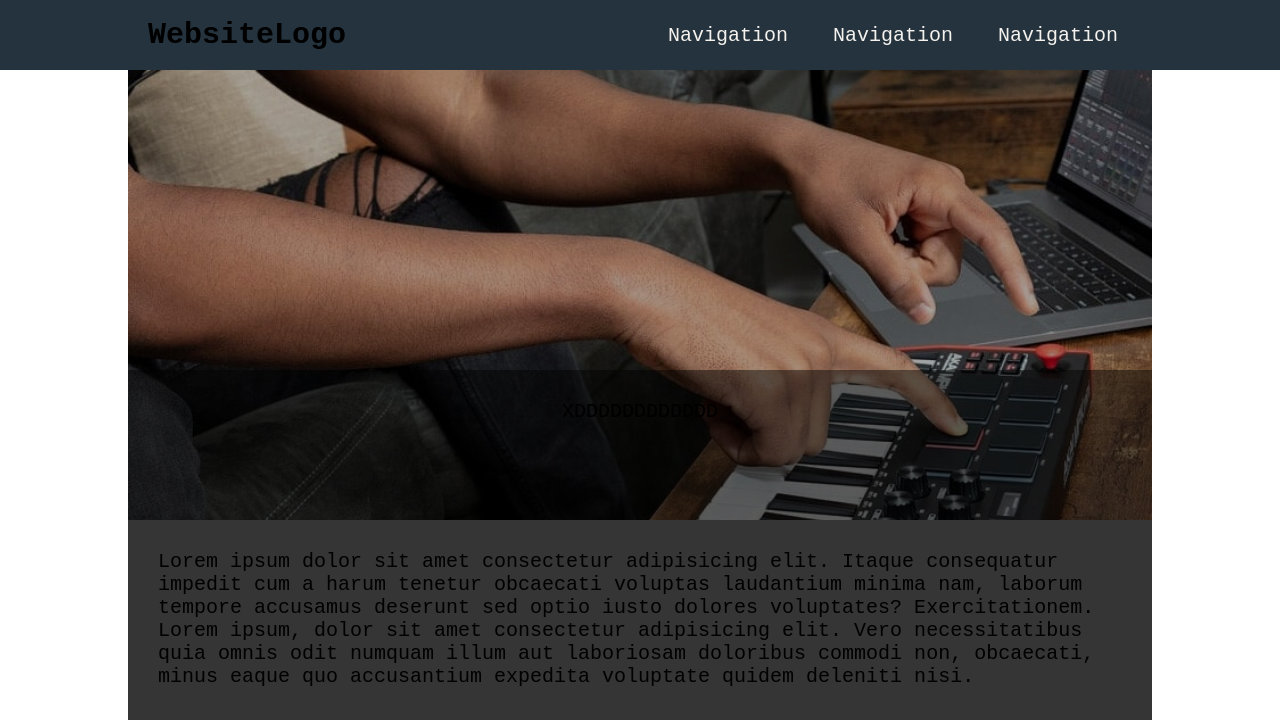
Repository: piotrokrutniak/Projekt-Studia
Page: index.html
An editor plug-in stored every save of this project. The page is shown before and after the next save, followed by the edit.
The browser window is 1280 px wide. The pictures show the whole page.

Above is the page before, as saved 2023-03-04 14:18:30.

After the next save:
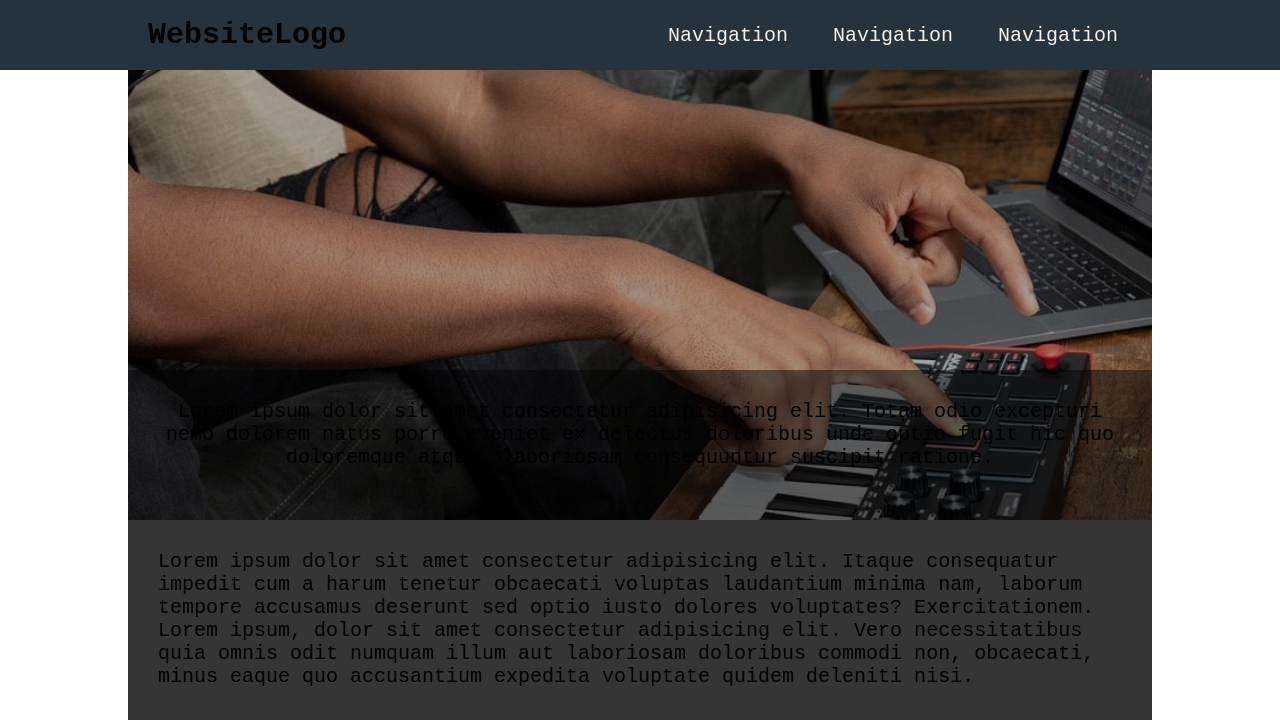
Saved 10 s later.
--- a/index.html
+++ b/index.html
@@ -38,7 +38,7 @@
         <div class="carousel-section">
             <img class="carousel-img" src="img/Hero-2.jpg" alt="MIDI controller on a table">
             <div class="carousel-desc">
-                XDDDDDDDDDDDD
+                Lorem ipsum dolor sit amet consectetur adipisicing elit. Totam odio excepturi nemo dolorem natus porro eveniet ex delectus doloribus unde optio fugit hic quo doloremque atque, laboriosam consequuntur suscipit ratione.
             </div>
         </div>
         <div class="text-section">
